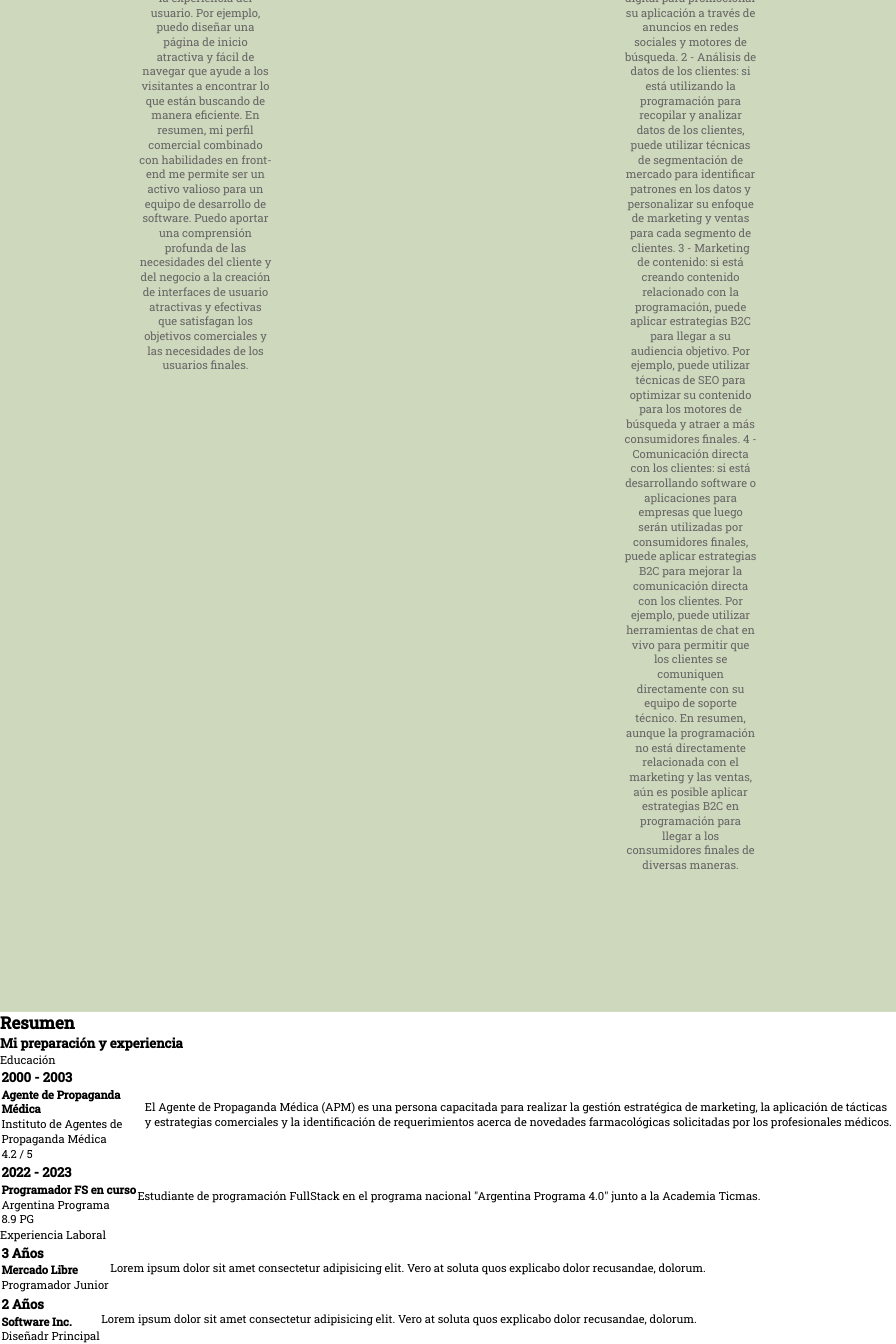
Repository: PabloSebastianPorto/Entrega-CV-1-ARG-PROG
Page: CVFINAL/CVfinal.HTML
The author's editor kept a copy of each file at every save. The page is drawn from the files as they stood at one save, then again after the next save.
The browser window is 1280 px wide. The pictures show the part of the page from y = 1502 to 3422 px (the page is 3422 px tall before and 3401 px after), at 70% of full size.
Some web libraries are served in a nearby version.

Above is the page before, as saved 2023-02-28 11:54:07.

### CVFINAL/CVfinal.HTML
<!DOCTYPE html>
<html lang="es">
  <head>
    <meta charset="UTF-8" />
    <meta http-equiv="X-UA-Compatible" content="IE=edge" />
    <meta name="viewport" content="width=device-width, initial-scale=1.0" />
    <title>Document</title>
    <link
      rel="stylesheet"
      href="https://cdnjs.cloudflare.com/ajax/libs/font-awesome/6.3.0/css/all.min.css"
      integrity="sha512-SzlrxWUlpfuzQ+pcUCosxcglQRNAq/DZjVsC0lE40xsADsfeQoEypE+enwcOiGjk/bSuGGKHEyjSoQ1zVisanQ=="
      crossorigin="anonymous"
      referrerpolicy="no-referrer"
    />
    <link rel="stylesheet" href="CVfinal.css" />
    <title>CV Pablo Sebastián Porto</title>
  </head>
  <body>
    <section class="inicio" id="inicio">
      <div class="contenido-seccion">
        <header>
          <div class="nav-clas"></div>
          <i class="fa-solid fa-bars"></i>
          <nav id="nav" class="nav">
            <a href="#Inicio">Inicio</a>
            <a href="#Sobre Mí">Sobre Mí</a>
            <a href="#Historial">Historial Laboral</a>
            <a href="#Contacto">Contacto</a>
          </nav>
        </header>
        <div class="info">
          <h1>PABLO SEBASTIÁN PORTO</h1>
          <h2>
            Agente de Propaganda Médica, Vendedor Profesional, Desarrollador
            front-end JR
          </h2>
          <div class="redes">
            <a href="#"><i class="fa-brands fa-twitter"></i></a>
            <a href="#"><i class="fa-brands fa-facebook"></i></a>
            <a href="#"><i class="fa-brands fa-instagram"></i></a>
            <a href="#"><i class="fa-brands fa-twitch"></i></a>
            <a href="#"><i class="fa-brands fa-linkedin"></i></a>
          </div>
        </div>
        <div class="foto">
          <img
            src="IMG/CVfoto.jpg"
            alt="Aca va una imagen, pero se la robaron"
          />
        </div>
      </div>
    </section>
    <section class="sobremi" id="sobremi">
      <div class="contenido-seccion">
        <h2 class="titulo-seccion">Sobre Mí</h2>
        <h3>Datos Laborales</h3>
        <p class="especial">
          Asesor en ventas con mas de 20 años de experiencia en diferentes
          rubros.
        </p>
        <p>
          Me desarrolle como vendedor en empresas como Fargo, La Red
          Equipamiento, Famago, entre otras.
        </p>
        <div class="fila">
          <div class="col">
            <i class="fa-solid fa-user"></i>
            <span class="titulo-detalle">Perfil Comercial</span>
            <p>
              En mi caso, tengo un perfil comercial pero también he desarrollado
              habilidades en front-end, lo que me permite crear la parte visual
              y de interacción de un sitio web o aplicación móvil. Esta
              combinación de habilidades me ha permitido entender mejor las
              necesidades del negocio y los clientes, lo que puede guiar el
              diseño y la funcionalidad del producto de una manera más efectiva.
              Como profesional con experiencia en ventas y marketing, puedo
              entender las métricas de negocio y las necesidades del usuario
              final. Por lo tanto, puedo crear interfaces de usuario que estén
              diseñadas para satisfacer las necesidades específicas de los
              clientes y mejorar la experiencia del usuario. Por ejemplo, puedo
              diseñar una página de inicio atractiva y fácil de navegar que
              ayude a los visitantes a encontrar lo que están buscando de manera
              eficiente. En resumen, mi perfil comercial combinado con
              habilidades en front-end me permite ser un activo valioso para un
              equipo de desarrollo de software. Puedo aportar una comprensión
              profunda de las necesidades del cliente y del negocio a la
              creación de interfaces de usuario atractivas y efectivas que
              satisfagan los objetivos comerciales y las necesidades de los
              usuarios finales.
            </p>
          </div>
          <div class="col">
            <i class="fa-solid fa-flag"></i>
            <span class="titulo-detalle">Intereses y Objetivos</span>
            <p>
              Las estrategias B2C (Business to Consumer) son enfoques de
              marketing y ventas que se utilizan para llegar directamente a los
              consumidores finales. Aunque la programación no es un área
              tradicionalmente asociada con el marketing y las ventas, aún es
              posible aplicar estrategias B2C en programación de diversas
              maneras. Aquí hay algunas formas en que se pueden aplicar las
              estrategias B2C en programación: 1 - Desarrollo de aplicaciones
              para consumidores: si está desarrollando una aplicación para
              consumidores finales, puede aplicar estrategias B2C para llegar a
              su público objetivo. Por ejemplo, puede utilizar técnicas de
              marketing digital para promocionar su aplicación a través de
              anuncios en redes sociales y motores de búsqueda. 2 - Análisis de
              datos de los clientes: si está utilizando la programación para
              recopilar y analizar datos de los clientes, puede utilizar
              técnicas de segmentación de mercado para identificar patrones en
              los datos y personalizar su enfoque de marketing y ventas para
              cada segmento de clientes. 3 - Marketing de contenido: si está
              creando contenido relacionado con la programación, puede aplicar
              estrategias B2C para llegar a su audiencia objetivo. Por ejemplo,
              puede utilizar técnicas de SEO para optimizar su contenido para
              los motores de búsqueda y atraer a más consumidores finales. 4 -
              Comunicación directa con los clientes: si está desarrollando
              software o aplicaciones para empresas que luego serán utilizadas
              por consumidores finales, puede aplicar estrategias B2C para
              mejorar la comunicación directa con los clientes. Por ejemplo,
              puede utilizar herramientas de chat en vivo para permitir que los
              clientes se comuniquen directamente con su equipo de soporte
              técnico. En resumen, aunque la programación no está directamente
              relacionada con el marketing y las ventas, aún es posible aplicar
              estrategias B2C en programación para llegar a los consumidores
              finales de diversas maneras.
            </p>
          </div>
        </div>
      </div>
    </section>
    <section class="resumen" id="resumen">
      <div class="contenido-seccion">
        <h2 class="titulo-seccion">Resumen</h2>
        <h3>Mi preparación y experiencia</h3>
        <div class="info">
          <div class="col">
            <span class="titulo">Educación</span>
            <table>
              <tr>
                <td class="datos">
                  <h3>2000 - 2003</h3>
                </td>
                <td rowspan="2" class="descripcion">
                  El Agente de Propaganda Médica (APM) es una persona capacitada para realizar la gestión estratégica de marketing, la aplicación de tácticas y estrategias comerciales y la identificación de requerimientos acerca de novedades farmacológicas solicitadas por los profesionales médicos.
                </td>
              </tr>
              <tr>
                <td>
                  <h4>Agente de Propaganda Médica</h4>
                  <p>Instituto de Agentes de Propaganda Médica</p>
                  <span class="promedio">4.2 / 5</span>
                </td>
              </tr>
            </table>
            <table>
              <tr>
                <td class="datos">
                  <h3>2022 - 2023</h3>
                </td>
                <td rowspan="2" class="descripcion">
                  Estudiante de programación FullStack en el programa nacional "Argentina Programa 4.0" junto a la Academia Ticmas.
                </td>
              </tr>
              <tr>
                <td>
                  <h4>Programador FS en curso</h4>
                  <p>Argentina Programa</p>
                  <span class="promedio">8.9 PG</span>
                </td>
              </tr>
            </table>
          </div>
          <div class="col">
            <span class="titulo">Experiencia Laboral</span>
            <table>
              <tr>
                <td class="datos">
                  <h3>3 Años</h3>
                </td>
                <td rowspan="2" class="descripcion">
                  Lorem ipsum dolor sit amet consectetur adipisicing elit. Vero
                  at soluta quos explicabo dolor recusandae, dolorum.
                </td>
              </tr>
              <tr>
                <td>
                  <h4>Mercado Libre</h4>
                  <p>Programador Junior</p>
                </td>
              </tr>
            </table>
            <table>
              <tr>
                <td class="datos">
                  <h3>2 Años</h3>
                </td>
                <td rowspan="2" class="descripcion">
                  Lorem ipsum dolor sit amet consectetur adipisicing elit. Vero
                  at soluta quos explicabo dolor recusandae, dolorum.
                </td>
              </tr>
              <tr>
                <td>
                  <h4>Software Inc.</h4>
                  <p>Diseñadr Principal</p>
                </td>
              </tr>
            </table>
          </div>
        </div>
      </div>
    </section>
    </section>
  </body>
</html>

### CVFINAL/CVfinal.css
@import url("https://fonts.googleapis.com/css2?family=Roboto+Slab:wght@100;200;300;400;500&display=swap");
* {
  box-sizing: border-box;
  font-family: "Roboto Slab", serif;
  margin: 0;
  padding: 0;
}
html {
  box-sizing: border-box;
  font-family: "Roboto Slab", serif;
  margin: 0;
  padding: 0;
}
html {
  scroll-behavior: smooth;
}
.inicio {
  background: linear-gradient(rgba(0, 0, 0, 0.3), rgba(0, 0, 0, 0.3)),
    url(IMG/imagen-fondo.jpg);
  background-size: cover;
  background-position: center center;
  color: #ffffff;
}
.inicio .contenido-seccion {
  max-width: 1000px;
  margin: auto;
  text-align: center;
  padding: 0 10px;
}
.inicio .contenido-seccion header {
  padding: 30px;
}
.inicio .contenido-seccion header nav {
  background: #1e2326;
  position: fixed;
  width: 100%;
  top: 0;
  left: 0;
  z-index: 99;
  display: flex;
  justify-content: center;
}
.inicio .contenido-seccion header nav a {
  display: block;
  color: #ffffff;
  text-decoration: none;
  margin-bottom: 15px;
  margin-top: 15px;
  margin-right: 25px;
  font-weight: bold;
}
.inicio .contenido-seccion header nav a:hover {
  color: #ced8bc;
  transition: color 0.3s ease;
}
.inicio .contenido-seccion .info {
  padding-bottom: 130px;
}
.inicio .contenido-seccion .info h1 {
  font-size: 3rem;
  letter-spacing: 5px;
}
.inicio .contenido-seccion .info h2 {
  font-weight: normal;
  font-size: 20px;
  margin-top: -10px;
  letter-spacing: 2px;
}
.inicio .contenido-seccion .info .redes {
  margin: 20px 0;
}
.inicio .contenido-seccion .info .redes a {
  display: inline-block;
  text-decoration: none;
  background-color: #000;
  color: #ffffff;
  border: 2px solid #ffffff;
  border-radius: 50%;
  width: 40px;
  height: 40px;
  line-height: 40px;
  margin: 0 5px;
  transition: 0.3s;
}
.inicio .contenido-seccion .info .redes a:hover {
  color: #fff;
  background-color: #003e6c;
  box-shadow: 0 0 20px #fff;
}
.inicio .contenido-seccion .foto {
  position: relative;
}
.inicio .contenido-seccion .foto img {
  max-width: 350px;
  max-height: 350px;
  border-radius: 50%;
  border: 5px solid #003e6c;
  position: absolute;
  left: 50%;
  top: -100px;
  transform: translateX(-50%);
}
.sobremi {
  background-color: #ced8bc;
  padding: 200px 0 200px 0;
  text-align: center;
}
.sobremi .contenido-seccion {
  max-width: 3000px;
  margin: auto;
  padding: 0 10px;
}
.sobremi .contenido-seccion h3 {
  text-transform: uppercase;
  font-size: 30px;
}
.sobremi .contenido-seccion .especial {
  color: #003e6c;
  font-weight: bold;
  margin-top: 15px;
}
.sobremi .contenido-seccion p {
  max-width: 1000px;
  margin: auto;
  color: #666;
  padding-left: 5cm;
  padding-right: 5cm;
}
.sobremi .contenido-seccion .fila {
  display: flex;
  margin-top: 40px;
  justify-content: space-between;
}
.sobremi .contenido-seccion .fila .col {
  width: 45%;
}
.sobremi .contenido-seccion .fila .col i {
  color: #003e6c;
  display: inline-block;
  width: 40px;
  height: 40px;
  border: 2px solid #003e6c;
  line-height: 40px;
  border-radius: 50%;
}
.sobremi .contenido-seccion .fila .col span {
  display: block;
  font-weight: bold;
  margin: 8px 0;
}

After the next save:
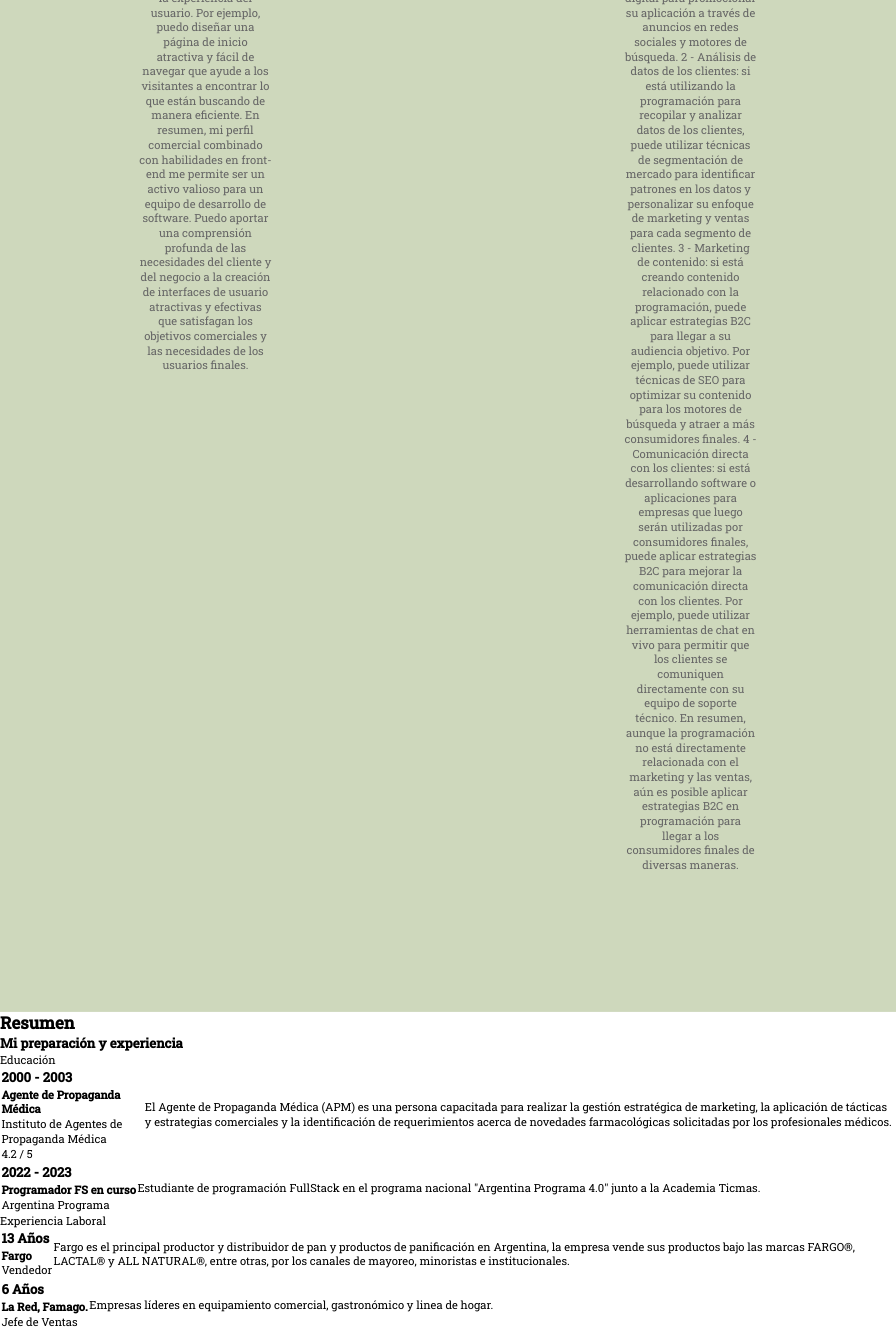
Saved 10 min 56 s later.
--- a/CVFINAL/CVfinal.HTML
+++ b/CVFINAL/CVfinal.HTML
@@ -166,8 +166,7 @@
                 <td>
                   <h4>Programador FS en curso</h4>
                   <p>Argentina Programa</p>
-                  <span class="promedio">8.9 PG</span>
-                </td>
+                  </td>
               </tr>
             </table>
           </div>
@@ -176,34 +175,32 @@
             <table>
               <tr>
                 <td class="datos">
-                  <h3>3 Años</h3>
-                </td>
-                <td rowspan="2" class="descripcion">
-                  Lorem ipsum dolor sit amet consectetur adipisicing elit. Vero
-                  at soluta quos explicabo dolor recusandae, dolorum.
-                </td>
-              </tr>
-              <tr>
-                <td>
-                  <h4>Mercado Libre</h4>
-                  <p>Programador Junior</p>
-                </td>
-              </tr>
-            </table>
-            <table>
-              <tr>
-                <td class="datos">
-                  <h3>2 Años</h3>
-                </td>
-                <td rowspan="2" class="descripcion">
-                  Lorem ipsum dolor sit amet consectetur adipisicing elit. Vero
-                  at soluta quos explicabo dolor recusandae, dolorum.
-                </td>
-              </tr>
-              <tr>
-                <td>
-                  <h4>Software Inc.</h4>
-                  <p>Diseñadr Principal</p>
+                  <h3>13 Años</h3>
+                </td>
+                <td rowspan="2" class="descripcion">
+                  Fargo es el principal productor y distribuidor de pan y productos de panificación en Argentina, la empresa vende sus productos bajo las marcas FARGO®, LACTAL® y ALL NATURAL®, entre otras, por los canales de mayoreo, minoristas e institucionales.
+                </td>
+              </tr>
+              <tr>
+                <td>
+                  <h4>Fargo</h4>
+                  <p>Vendedor</p>
+                </td>
+              </tr>
+            </table>
+            <table>
+              <tr>
+                <td class="datos">
+                  <h3>6 Años</h3>
+                </td>
+                <td rowspan="2" class="descripcion">
+                  Empresas líderes en equipamiento comercial, gastronómico y linea de hogar.
+                </td>
+              </tr>
+              <tr>
+                <td>
+                  <h4>La Red, Famago.</h4>
+                  <p>Jefe de Ventas</p>
                 </td>
               </tr>
             </table>
